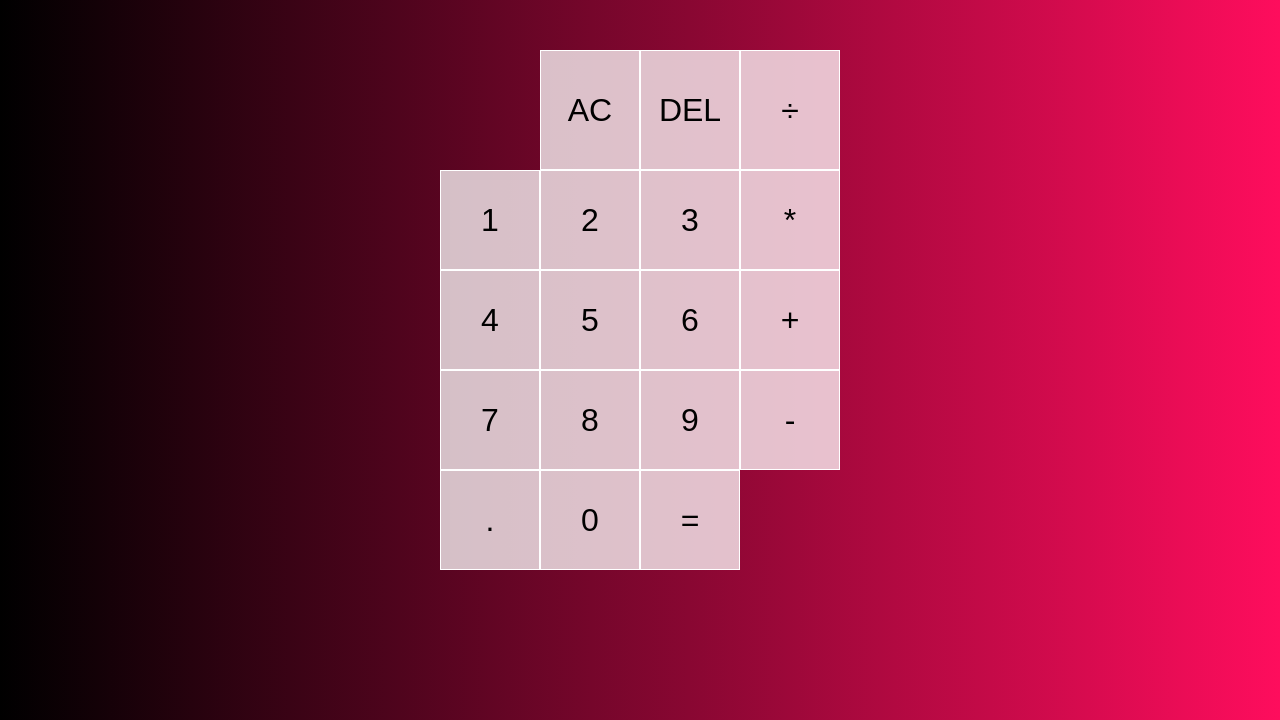
Repository: burntaftermint/calculator
Page: index.html
These files come from the project's save history. The page is drawn as it stood at one moment and after the next save; the edit follows.
The browser window is 1280 px wide. The pictures show the whole page.

Above is the page before, as saved 2023-11-01 02:37:10.

After the next save:
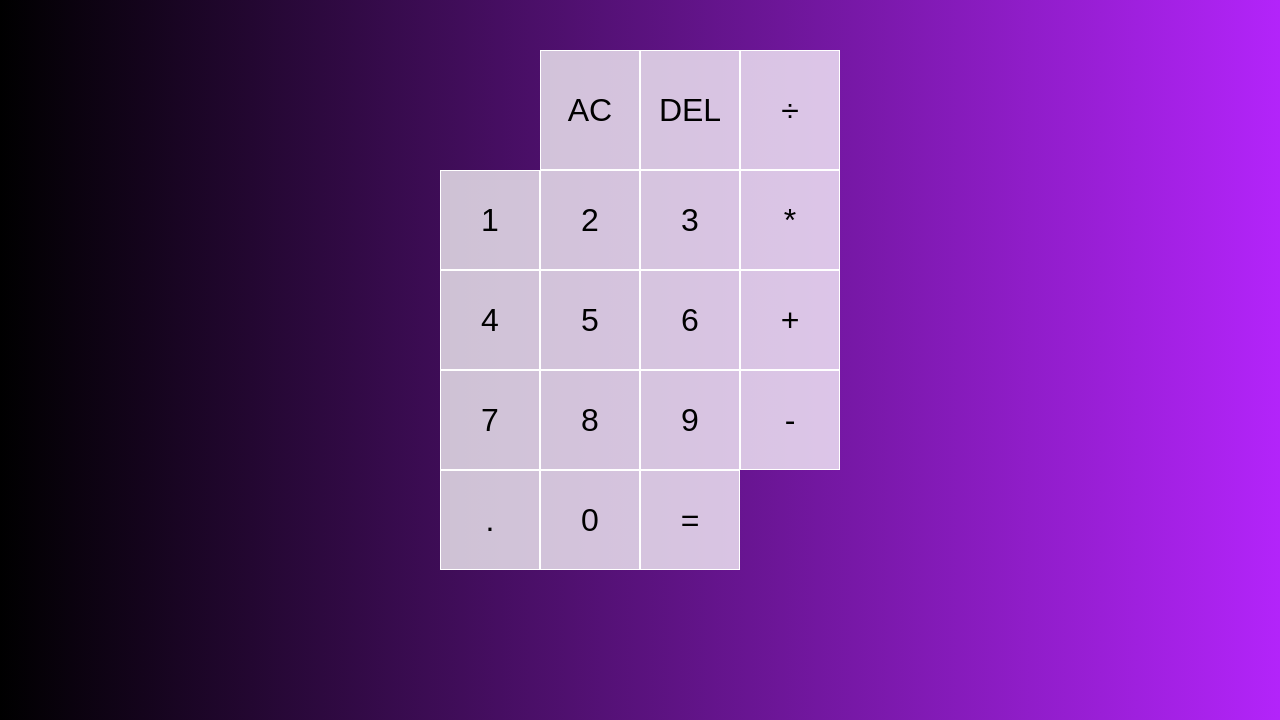
Saved 33 s later.
--- a/styles.css
+++ b/styles.css
@@ -7,7 +7,7 @@
 body {
     padding: 0;
     margin: 0;
-    background: linear-gradient(to right, #000000, #fe0d5d);
+    background: linear-gradient(to right, #000000, #b324fa);
 }
 
 .calculator-grid {
